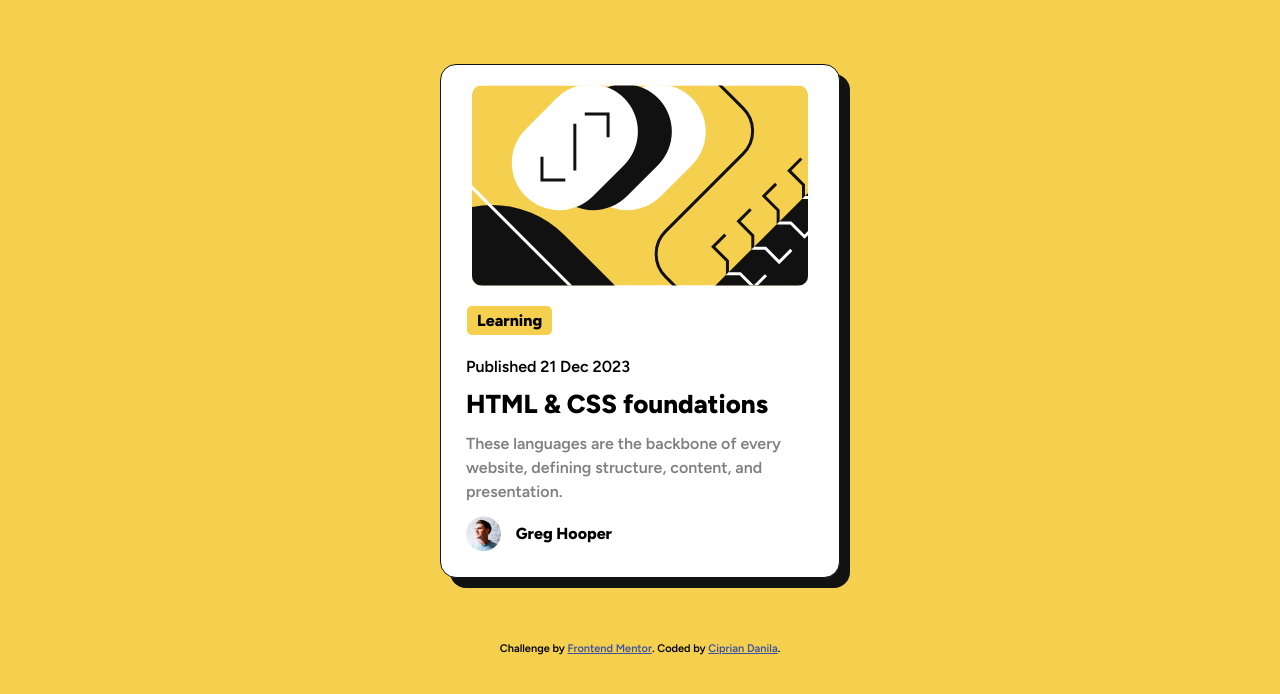
Repository: cipdanila/blog-preview-card
Page: index.html
These files come from the project's save history. The page is drawn as it stood at one moment and after the next save; the edit follows.
The browser window is 1280 px wide. The pictures show the whole page.

Above is the page before, as saved 2024-01-28 14:59:50.

### index.html
<!DOCTYPE html>
<html lang="en">
<head>
  <meta charset="UTF-8">
  <meta name="viewport" content="width=device-width, initial-scale=1.0"> <!-- displays site properly based on user's device -->

  <link rel="icon" type="image/png" sizes="32x32" href="./assets/images/favicon-32x32.png">
  <link rel="stylesheet" href="style.css">
  <title>Frontend Mentor | Blog preview card</title>

</head>
<body>
  <main>
    <div class="container">
      <div class="image">
        <img src="./assets/images/illustration-article.svg" alt="illustration article">
      </div>
      <div class="general">
        <div class="learning">
          <p>Learning</p>
        </div>
        <div class="publish">
          <p>Published 21 Dec 2023</p>
        </div>
        <div class="title">
          <h1>HTML & CSS foundations</h1>
        </div>
        <div class="info">
          <p>
            These languages are the backbone of every website, defining structure, content, and presentation.
          </p>
        </div>
        <div class="avatar">
          <img src="./assets/images/image-avatar.webp" alt="avatar">
          <p>Greg Hooper</p>
        </div>
      </div>
    </div>
  </main>

  <footer>
    <div class="attribution">
        Challenge by
        <a
            href="https://www.frontendmentor.io/challenges/blog-preview-card-ckPaj01IcS"
            target="_blank"
            rel="noopener noreferer"
            >Frontend Mentor</a
        >. Coded by <a href="https://github.com/cipdanila" target="_blank" rel="noopener noreferer">Ciprian Danila</a>.
    </div>
</footer>
</body>
</html>

### style.css
@import url('https://fonts.googleapis.com/css2?family=Figtree:wght@600;800&display=swap');

:root {
    /* Colors */
    /* Primary */
    --yellow: hsl(47, 88%, 63%);

    /* Neutral */
    --white: hsl(0, 0%, 100%);
    --grey: hsl(0, 0%, 50%);
    --black: hsl(0, 0%, 7%);
}

* {
    margin: 0;
    padding: 0;
    box-sizing: border-box;
}

body {
    display: flex;
    flex-direction: column;
    font-family: 'Figtree', sans-serif;
    font-size: 16px;
    font-weight: 600;
    background-color: var(--yellow);
}

.container {
    max-width: 400px;
    margin: 4rem auto;
    padding: 1.25rem 0.625rem;
    border-radius: 1rem;
    border: 1px solid var(--black);
    box-shadow: 10px 10px var(--black);
    display: flex;
    flex-direction: column;
    justify-content: center;
    align-items: center;
    background-color: var(--white);
}

.image img {
    border-radius: 0.625rem;
}

.general {
    display: flex;
    flex-direction: column;
    align-self: start;
}

.learning {
    width: fit-content;
    background-color: var(--yellow);
    margin: 1rem;
    padding: 5px 10px;
    border-radius: 5px;
    font-weight: 800;
}

.publish, .title, .info {
    width: auto;
    margin: 5px;
    padding: 1px 10px;
}

.title h1 {
    font-weight: 800;
    font-size: 1.625rem;
}

.info p {
    color: var(--grey);
    line-height: 1.5;
    font-weight: 100;
}

.avatar {
    width: auto;
    display: flex;
    align-items: center;
    margin: 5px;
    padding: 1px 10px;
}

.avatar img {
    width: 10%;
}

.avatar p {
    display: inline-block;
    margin: 5px;
    padding: 1px 10px;
    font-weight: 800;
}

.attribution {
    font-size: 11px;
    text-align: center;
}
.attribution a {
    color: hsl(228, 45%, 44%);
}

After the next save:
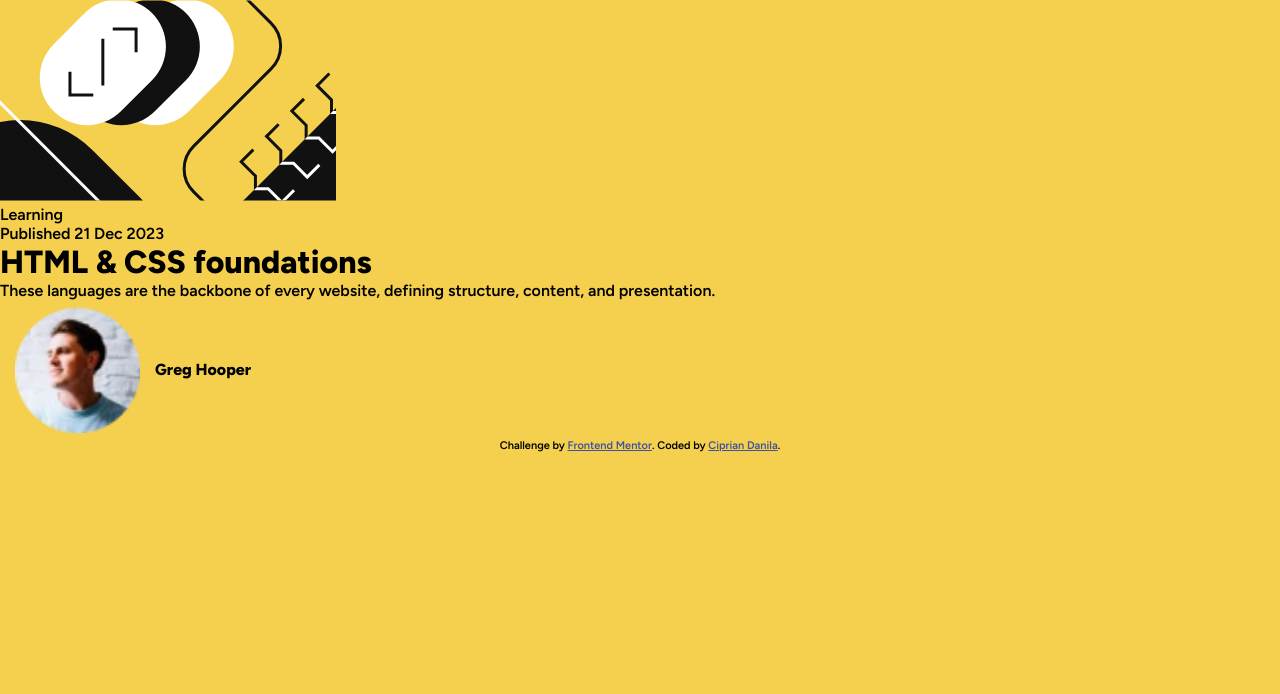
Saved 65 min 14 s later.
--- a/index.html
+++ b/index.html
@@ -11,25 +11,15 @@
 </head>
 <body>
   <main>
-    <div class="container">
-      <div class="image">
+    <div class="card">
+      <div class="image-card">
         <img src="./assets/images/illustration-article.svg" alt="illustration article">
       </div>
-      <div class="general">
-        <div class="learning">
-          <p>Learning</p>
-        </div>
-        <div class="publish">
-          <p>Published 21 Dec 2023</p>
-        </div>
-        <div class="title">
-          <h1>HTML & CSS foundations</h1>
-        </div>
-        <div class="info">
-          <p>
-            These languages are the backbone of every website, defining structure, content, and presentation.
-          </p>
-        </div>
+      <div class="text-card">
+        <p id="learning">Learning</p>
+        <p id="published">Published 21 Dec 2023</p>
+        <h1>HTML & CSS foundations</h1>
+        <p id="info">These languages are the backbone of every website, defining structure, content, and presentation.</p>
         <div class="avatar">
           <img src="./assets/images/image-avatar.webp" alt="avatar">
           <p>Greg Hooper</p>
